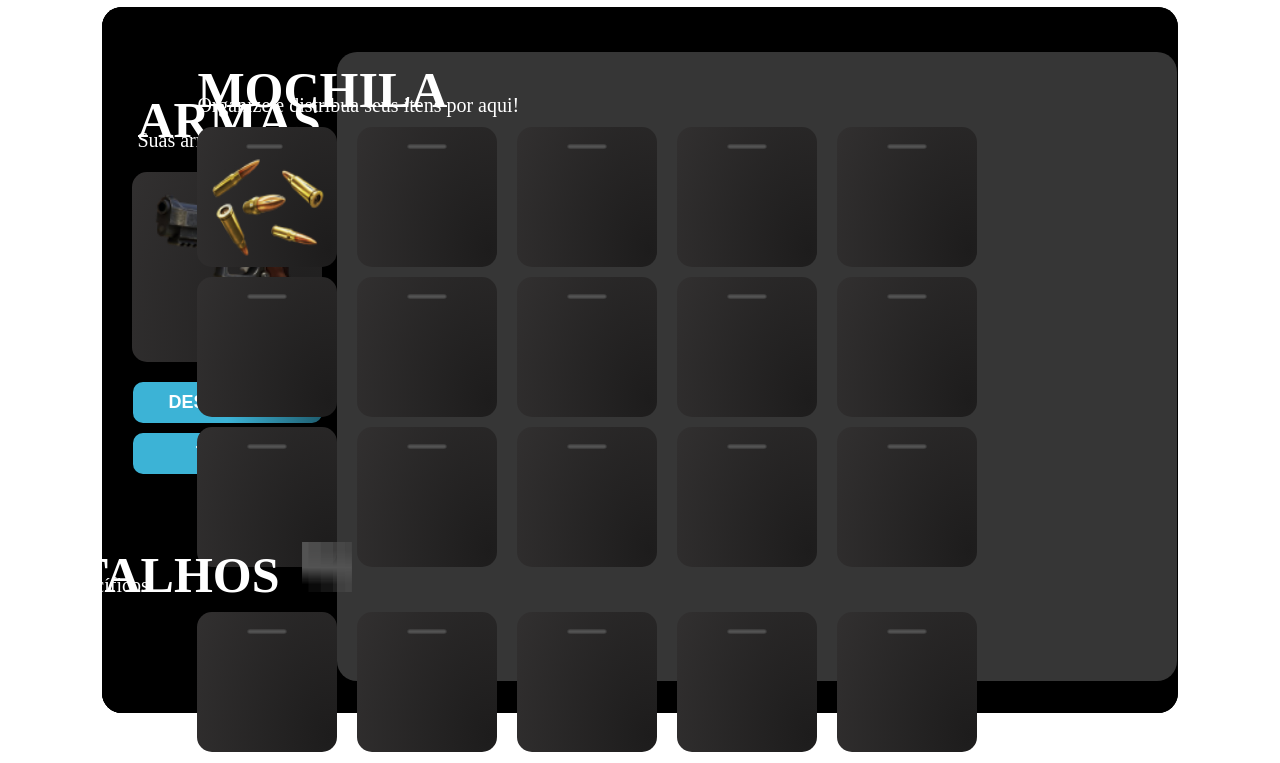
Repository: DuMCorrea/Mochila
Page: index.html
These files come from the project's save history. The page is drawn as it stood at one moment and after the next save; the edit follows.
The browser window is 1280 px wide. The pictures show the whole page.
Some web fonts or font styles are not loaded; a fallback is used.

Above is the page before, as saved 2024-09-03 09:46:16.

### index.html
<!DOCTYPE html>
<html lang="pt-BR">
<head>
    <meta charset="UTF-8">
    <meta name="viewport" content="width=device-width, initial-scale=1.0">
    <link href="https://fonts.googleapis.com/css2?family=Baloo+Bhai+2&display=swap" rel="stylesheet">
    <title>Modelo de Tela</title>
    <link rel="stylesheet" href="styles.css">
</head>
<body>
    <div class="container">
        <div class="background-rectangle">
            <div class="left-div">
                <div class="content-left">
                    <h1>ARMAS</h1>
                    <p>Suas armas equipadas!</p>
                    <div class="image-container">
                        <img src="assets/ARMA.png" alt="Imagem" />
                    </div>
                    <button class="desequipar-btn">DESEQUIPAR</button>
                    <button class="todas">TODAS</button>
                </div>
            </div>
            <div class="right-div">
                <div class="content-right">
                    <h1>MOCHILA</h1>
                    <p>Organize e distribua seus itens por aqui!</p>
                    <div class="squares-container">
                        <div class="square">
                            <img src="assets/traco.png" alt="Imagem" class="square-image-unic">
                            <img src="assets/balas.png" alt="Imagem" class="shots-image">
                        </div>
                        <div class="square">
                            <img src="assets/traco.png" alt="Imagem" class="square-image">
                        </div>
                        <div class="square">
                            <img src="assets/traco.png" alt="Imagem" class="square-image">
                        </div>
                        <div class="square">
                            <img src="assets/traco.png" alt="Imagem" class="square-image">
                        </div>
                        <div class="square">
                            <img src="assets/traco.png" alt="Imagem" class="square-image">
                        </div>
                    </div>
                    <!-- Segunda linha de quadrados -->
                    <div class="squares-containerr">
                        <div class="square">
                            <img src="assets/traco.png" alt="Imagem" class="square-image">
                        </div>
                        <div class="square">
                            <img src="assets/traco.png" alt="Imagem" class="square-image">
                        </div>
                        <div class="square">
                            <img src="assets/traco.png" alt="Imagem" class="square-image">
                        </div>
                        <div class="square">
                            <img src="assets/traco.png" alt="Imagem" class="square-image">
                        </div>
                        <div class="square">
                            <img src="assets/traco.png" alt="Imagem" class="square-image">
                        </div>
                    </div>

                    <!-- Terceira linha de quadrados -->
                    <div class="squares-containerrr">
                        <div class="square">
                            <img src="assets/traco.png" alt="Imagem" class="square-image">
                        </div>
                        <div class="square">
                            <img src="assets/traco.png" alt="Imagem" class="square-image">
                        </div>
                        <div class="square">
                            <img src="assets/traco.png" alt="Imagem" class="square-image">
                        </div>
                        <div class="square">
                            <img src="assets/traco.png" alt="Imagem" class="square-image">
                        </div>
                        <div class="square">
                            <img src="assets/traco.png" alt="Imagem" class="square-image">
                        </div>
                        </div>
                        <div class="atalhos-title-container">
                            <h1 class="atalhos-title">
                                ATALHOS
                                <img src="assets/linhaGrande.png" alt="Descrição da Imagem" class="atalhos-image">
                                <p class="atalhos-paragraph">Tenha acesso a itens específicos</p>
                            </h1>
                        </div>
                        <div class="shortcuts-container">
                            <div class="square">
                                <img src="assets/traco.png" alt="Imagem" class="square-image">
                            </div>
                            <div class="square">
                                <img src="assets/traco.png" alt="Imagem" class="square-image">
                            </div>
                            <div class="square">
                                <img src="assets/traco.png" alt="Imagem" class="square-image">
                            </div>
                            <div class="square">
                                <img src="assets/traco.png" alt="Imagem" class="square-image">
                            </div>
                            <div class="square">
                                <img src="assets/traco.png" alt="Imagem" class="square-image">
                            </div>
                        </div>

                        </div>
                        </div>
                        </div>
                        </div>
                        </body>

                        </html>

### styles.css
body, html {
    margin: 0;
    padding: 0;
    width: 100%;
    height: 100%;
    display: flex;
    justify-content: center;
    align-items: center;
    background-color: white; /* Fundo preto para o body */
    font-family: 'Baloo Bhai 2', cursive; /* Aplicando a fonte Baloo Bhai */
}

.container {
    width: 84%; /* Largura da div principal */
    height: 98%; /* Altura da div principal */
    display: flex;
    justify-content: center;
    align-items: center;
    background-color: #000000; /* Fundo preto para a div principal */
    border-radius: 20px; /* Canto arredondado */
    font-family: 'Baloo Bhai 2', cursive; /* Aplicando a fonte Baloo Bhai */
}

.background-rectangle {
    width: 100%;
    height: 100%;
    background: #000000; /* Fundo preto para o retângulo principal */
    border-radius: 20px; /* Cantos arredondados */
    display: flex;
}

.left-div {
    width: 22%; /* 25% da largura da tela */
    height: 100%;
    background-color: #000000; /* Fundo preto para a div esquerda */
    display: flex;
    justify-content: center;
    align-items: center;
    border-radius: 20px 0 0 20px; /* Canto arredondado à esquerda */
    font-family: 'Baloo Bhai 2', cursive; /* Aplicando a fonte Baloo Bhai */
}

.right-div {
    width: calc(110% - 20px); /* 73% da largura da tela menos a margem */
    height: calc(92% - 20px); /* 95% da altura menos a margem */
    background-color: #363636; /* Fundo cinza para a div direita */
    display: flex;
    justify-content: center;
    align-items: center;
    margin: 45px; /* Margem em torno da div da direita */
    border-radius: 20px; /* Cantos arredondados */
    font-family: 'Baloo Bhai 2', cursive; /* Aplicando a fonte Baloo Bhai */
}


/* DIV DA ESQUERDA */

.content-left {
    text-align: justify; /* Justifica o texto */
    display: flex;
    flex-direction: column;
    justify-content: flex-start; /* Alinha os elementos ao topo da div */
    align-items: center; /* Centraliza horizontalmente */
    height: 100%; /* Ocupa toda a altura da div esquerda */
    padding-top: 100px; /* Adiciona um espaçamento do topo */
}

.left-div h1 {
    color: white; /* Cor branca para o título */
    font-size: 50px; /* Tamanho da fonte do título */
    margin-bottom: -20px; /* Espaçamento negativo para aproximar o parágrafo */
    font-weight: 900;
    width: 100%; /* Para garantir que a justificação funcione */
    text-align: justify; /* Justifica o texto do título */
    position: relative;
    left: 35px;
}

.left-div p {
    color: white; /* Cor branca para a frase */
    font-size: 20px; /* Tamanho da fonte da frase */
    margin-top: 0; /* Remove a margem superior do parágrafo */
    width: 100%; /* Para garantir que a justificação funcione */
    text-align: justify; /* Justifica o texto da frase */
    font-weight: 100;
    position: relative;
    left: 35px;
}

.image-container {
    width: 190px; /* Largura do quadrado */
    height: 190px; /* Altura do quadrado */
    background: radial-gradient(547.21% 823.76% at 94.51% 88.04%, #1D1C1C 0%, #837E7E 100%); /* Fundo com gradiente */
    border-radius: 15px; /* Borda arredondada */
    display: flex;
    justify-content: center;
    align-items: center;
    margin-top: 0px; /* Espaçamento acima da imagem */
    position: relative;
    left: 30px;
}

.image-container img {
    width: 85%; /* Ajusta o tamanho da imagem para caber no container */
    height: 85%; /* Ajusta o tamanho da imagem para caber no container */
    border-radius: 15px; /* Borda arredondada da imagem para combinar com o container */
}

.desequipar-btn {
    margin-top: 20px; /* Espaçamento acima do botão */
    padding: 10px 20px; /* Espaçamento interno do botão */
    background: linear-gradient(90deg, #3CB3D6 49.9%, #1F5E70 100%); /* Fundo com gradiente */
    color: white; /* Cor do texto */
    font-size: 18px; /* Tamanho da fonte */
    font-weight: bold; /* Negrito no texto */
    border: none; /* Remove a borda padrão do botão */
    border-radius: 10px; /* Bordas arredondadas */
    cursor: pointer; /* Cursor de ponteiro ao passar o mouse */
    text-align: center; /* Centraliza o texto no botão */
    width: 189px; /* Largura do botão */
    position: relative;
    left: 30px;
}

.todas {
    margin-top: 10px; /* Espaçamento acima do botão */
    padding: 10px 20px; /* Espaçamento interno do botão */
    background: linear-gradient(90deg, #3CB3D6 49.9%, #1F5E70 100%); /* Fundo com gradiente */
    color: white; /* Cor do texto */
    font-size: 18px; /* Tamanho da fonte */
    font-weight: bold; /* Negrito no texto */
    border: none; /* Remove a borda padrão do botão */
    border-radius: 10px; /* Bordas arredondadas */
    cursor: pointer; /* Cursor de ponteiro ao passar o mouse */
    text-align: center; /* Centraliza o texto no botão */
    width: 189px; /* Largura do botão */
    position: relative;
    left: 30px;
}


/* DIV DA DIREITA */


.content-right {
    display: flex;
    flex-direction: column;
    justify-content: flex-start; /* Alinha os elementos ao topo da div */
    align-items: flex-start; /* Alinha os elementos à esquerda */
    height: 100%; /* Ocupa toda a altura da div direita */
    padding: 20px; /* Adiciona um espaçamento interno */
}

.right-div h1 {
    color: white; /* Cor branca para o título */
    font-size: 50px; /* Tamanho da fonte do título */
    margin-bottom: -20px; /* Espaçamento negativo para aproximar o parágrafo */
    font-weight: 900;
    width: 100%; /* Para garantir que a justificação funcione */
    text-align: left; /* Alinha o texto à esquerda */
    position: relative; /* Posicionamento relativo para o elemento abaixo */
    right: 160px;
    bottom: 25px;
}

.right-div p {
    color: white; /* Cor branca para a frase */
    font-size: 20px; /* Tamanho da fonte da frase */
    margin-top: 0; /* Remove a margem superior do parágrafo */
    width: 100%; /* Para garantir que a justificação funcione */
    text-align: left; /* Alinha o texto à esquerda */
    font-weight: 100;
    position: relative; /* Posicionamento relativo para o elemento abaixo */
    right: 160px;
    bottom: 30px;
}

.squares-container {
    display: flex; /* Exibe os quadrados em linha */
    justify-content: center; /* Centraliza os quadrados horizontalmente */
    align-items: center; /* Centraliza os quadrados verticalmente */
    width: 100%; /* Largura total para o contêiner */
    height: 50%; /* Altura do contêiner */
    position: relative;
    right: 170px;
    bottom: 40px;
}

.squares-containerr {
    display: flex; /* Exibe os quadrados em linha */
    justify-content: center; /* Centraliza os quadrados horizontalmente */
    align-items: center; /* Centraliza os quadrados verticalmente */
    width: 100%; /* Largura total para o contêiner */
    height: 50%; /* Altura do contêiner */
    position: relative;
    right: 170px;
    bottom: 30px;

}
.squares-containerrr {
    display: flex; /* Exibe os quadrados em linha */
    justify-content: center; /* Centraliza os quadrados horizontalmente */
    align-items: center; /* Centraliza os quadrados verticalmente */
    width: 100%; /* Largura total para o contêiner */
    height: 50%; /* Altura do contêiner */
    position: relative;
    right: 170px;
    bottom: 20px;
}

.square {
    width: 140px; /* Largura dos quadrados */
    height: 140px; /* Altura dos quadrados */
    background: radial-gradient(547.21% 823.76% at 94.51% 88.04%, #1D1C1C 0%, #837E7E 100%); /* Gradiente de fundo */
    border-radius: 15px; /* Bordas arredondadas */
    margin: 0 10px 0px 10px; /* Espaçamento entre os quadrados e entre as linhas */
    display: flex;
    justify-content: center; /* Centraliza horizontalmente o conteúdo */
    align-items: center; /* Centraliza verticalmente o conteúdo */
}

.square-image {
    width: 40px; /* Tamanho da imagem dentro dos quadrados */
    height: 5px;
    position: relative;
    bottom: 50px;
}

.square-image-unic {
    width: 40px; /* Tamanho da imagem dentro dos quadrados */
    height: 5px;
    position: relative;
    bottom: 50px;
    left: 60px;
}

.shots-image {
    width: 90%; /* Tamanho da imagem dentro dos quadrados */
    height: 70%;
    position: relative;
    top: 10px;
    right: 20px;
}

.atalhos-title {
    color: white;
    font-size: 50px;
    font-weight: 900;
    margin-top: 20px;
    text-align: center;
    position: relative;
    right: 555px;
    bottom: 40px;
}

.shortcuts-container {
    display: flex;
    justify-content: center;
    align-items: center;
    width: 100%;
    position: relative;
    right: 170px;
    bottom: 80px;
}

.atalhos-title-container {
    display: flex;
    align-items: center;
    justify-content: flex-start;
    position: relative;
    right: 155px;
    bottom: 40px;
}

.atalhos-image {
    width: 50px; /* Ajuste o tamanho da imagem conforme necessário */
    height: 50px;
    margin-left: 10px; /* Espaço entre o título e a imagem */
}

.atalhos-paragraph {
    color: white;
    font-size: 20px; /* Ajuste o tamanho do texto conforme necessário */
    margin-left: 10px; /* Espaço entre a imagem e o parágrafo */
    font-weight: 400;
}

After the next save:
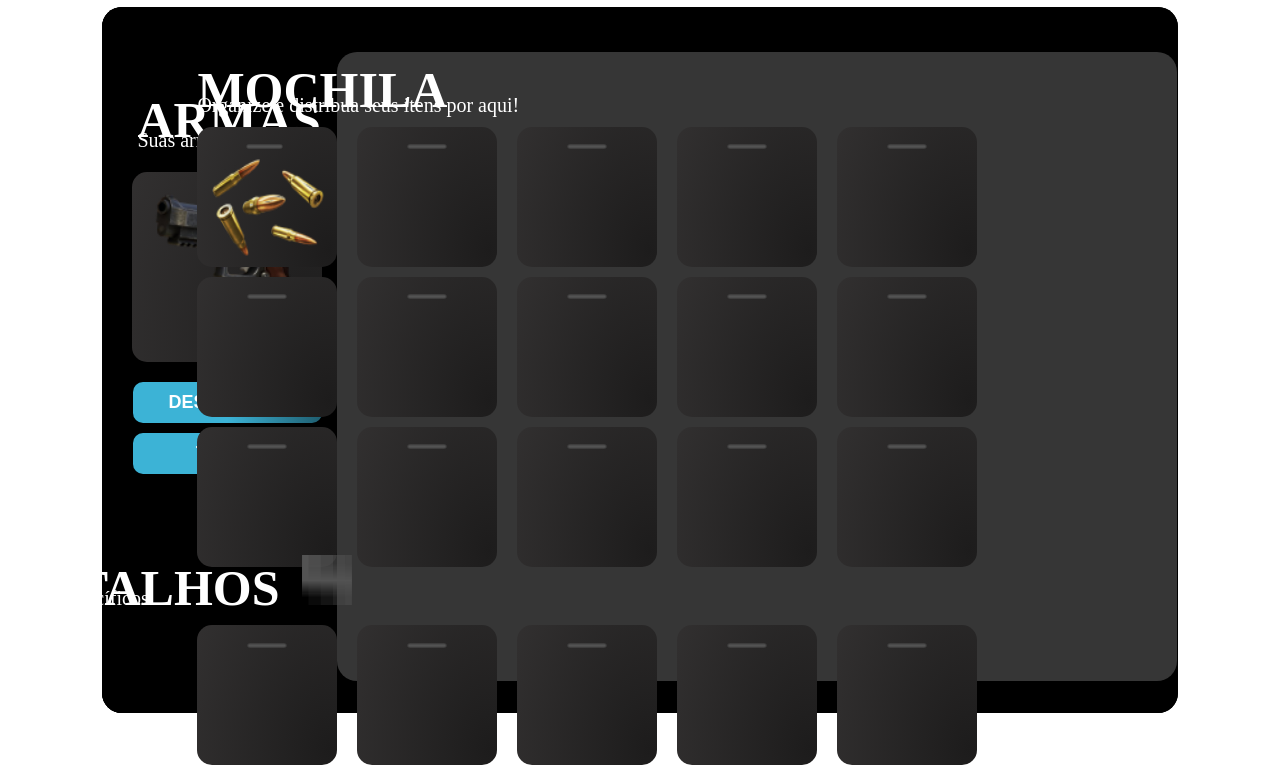
Saved 9 s later.
--- a/styles.css
+++ b/styles.css
@@ -242,16 +242,6 @@ body, html {
     right: 20px;
 }
 
-.atalhos-title {
-    color: white;
-    font-size: 50px;
-    font-weight: 900;
-    margin-top: 20px;
-    text-align: center;
-    position: relative;
-    right: 555px;
-    bottom: 40px;
-}
 
 .shortcuts-container {
     display: flex;
